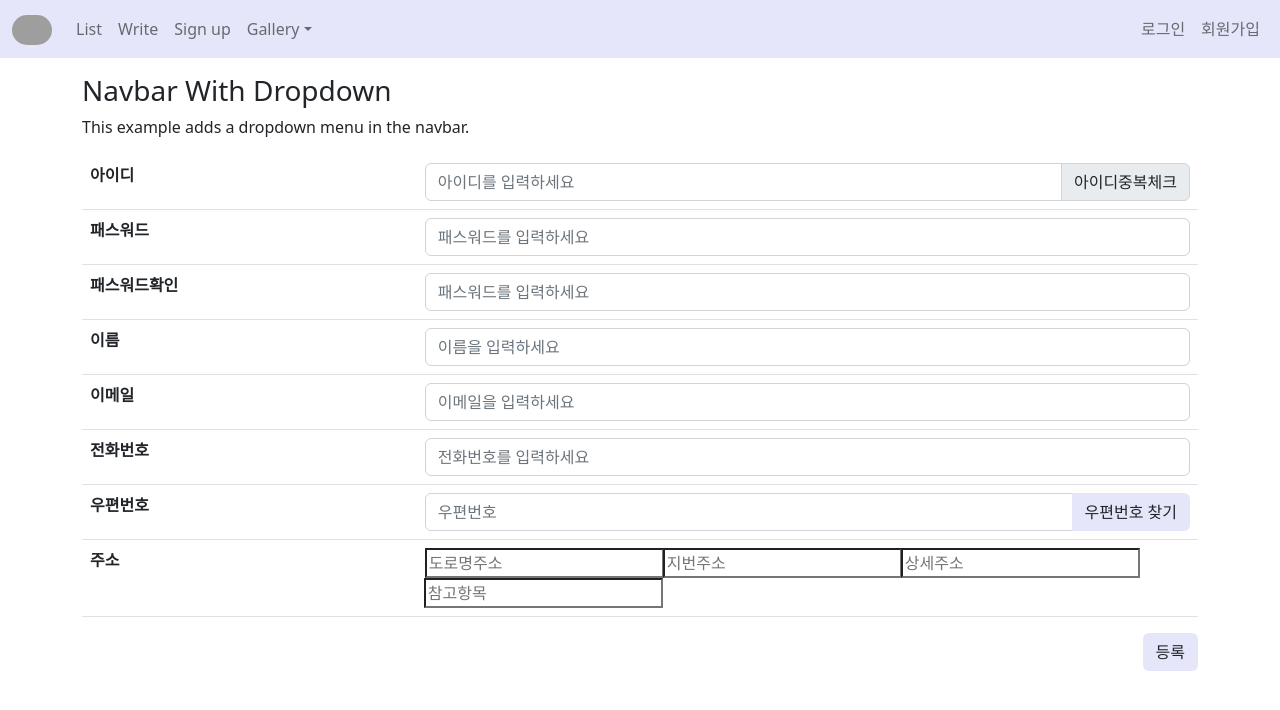
Repository: kwakhimoly/ws_backup
Page: http://localhost/myapp3/WEB-INF/views/member/member_write.jsp
An editor plug-in stored every save of this project. The page is shown before and after the next save, followed by the edit.
The browser window is 1280 px wide. The pictures show the whole page.
Pictures or frames that could not be fetched are drawn as grey boxes. The page is served by Tomcat 9. Nobody is signed in. Other server files are loaded and not shown. The template is opened directly, without the code that normally fills it, so the values that code supplies are empty.

Above is the page before, as saved 2023-02-13 06:23:00.

### spws/myapp3/src/main/webapp/WEB-INF/views/member/member_write.jsp
<%@ page language="java" contentType="text/html; charset=UTF-8"
	pageEncoding="UTF-8"%>
<!DOCTYPE html>
<html>
<head>
<meta charset="UTF-8">
<title>Insert title here</title>
<meta name="viewport" content="width=device-width, initial-scale=1">
<link
	href="https://cdn.jsdelivr.net/npm/bootstrap@5.2.3/dist/css/bootstrap.min.css"
	rel="stylesheet">
<script src="https://cdn.jsdelivr.net/npm/bootstrap@5.2.3/dist/js/bootstrap.bundle.min.js"></script>
<script src="https://ajax.googleapis.com/ajax/libs/jquery/3.6.1/jquery.min.js"></script>
<script src="//t1.daumcdn.net/mapjsapi/bundle/postcode/prod/postcode.v2.js"></script>
</head>
<body>
	<form name="myform" id="myform">
		<input type="hidden" name="idcheck" id="idcheck" value="N">
		<!-- 메뉴 -->
		<%@ include file="../include/navbar.jsp"%>



		<div class="container mt-3">
			<h3>Navbar With Dropdown</h3>
			<p>This example adds a dropdown menu in the navbar.</p>


			<table class="table">
				<colgroup>
					<col width="30%">
					<col width="*">
				</colgroup>
				<tbody>
					<tr>
						<th>아이디</th>
						<td>
							<div class="input-group">
								<input type="text" class="form-control" placeholder="아이디를 입력하세요"
									name="user_id" id="user_id"> <button type="button"
									class="input-group-text" onclick="goIdcheck()">아이디중복체크</button>
							</div>
						</td>
					</tr>
					<tr>
						<th>패스워드</th>
						<td>
							<div class="input-group">
								<input type="password" class="form-control"
									placeholder="패스워드를 입력하세요" name="password" id="password">
							</div>
						</td>
					</tr>
					<tr>
						<th>패스워드확인</th>
						<td>
							<div class="input-group">
								<input type="password" class="form-control"
									placeholder="패스워드를 입력하세요" name="password2" id="password2">
							</div>
						</td>
					</tr>
					<tr>
						<th>이름</th>
						<td>
							<div class="input-group">
								<input type="text" class="form-control" placeholder="이름을 입력하세요"
									name="user_name" id="user_name">
							</div>
						</td>
					</tr>
					<tr>
						<th>이메일</th>
						<td>
							<div class="input-group">
								<input type="email" class="form-control" placeholder="이메일을 입력하세요"
									name="email" id="email">
							</div>
						</td>
					</tr>
					<tr>
						<th>전화번호</th>
						<td>
							<div class="input-group">
								<input type="tel" class="form-control" placeholder="전화번호를 입력하세요"
									name="phone" id="phone">
							</div>
						</td>
					</tr>
					<tr>
						<th>우편번호</th>
						<td>
					<div class="input-group">
						<input type="text" class="form-control" id="sample4_postcode" placeholder="우편번호">
						<input type="button" class="btn" style="background-color: lavender" onclick="sample4_execDaumPostcode()" value="우편번호 찾기">
					</div>
						</td>
					</tr>

					<tr>
						<th>주소</th>
						<td>
					<div class="input-group">
						<input type="text" id="sample4_roadAddress" placeholder="도로명주소">
						<input type="text" id="sample4_jibunAddress" placeholder="지번주소">
						<span id="guide" style="color:#999;display:none"></span>
						<input type="text" id="sample4_detailAddress" placeholder="상세주소">
						<input type="text" id="sample4_extraAddress" placeholder="참고항목">
					</div>
						</td>
					</tr>
				</tbody>
			</table>
		</div>

		</div>

		<div class="container" style="text-align: right">
			<button type="button" class="btn" style="background-color: lavender" onclick="goSave()">등록</button>
		</div>
	</form>
</body>


<script>
    //본 예제에서는 도로명 주소 표기 방식에 대한 법령에 따라, 내려오는 데이터를 조합하여 올바른 주소를 구성하는 방법을 설명합니다.
    function sample4_execDaumPostcode() {
        new daum.Postcode({
            oncomplete: function(data) {
                // 팝업에서 검색결과 항목을 클릭했을때 실행할 코드를 작성하는 부분.

                // 도로명 주소의 노출 규칙에 따라 주소를 표시한다.
                // 내려오는 변수가 값이 없는 경우엔 공백('')값을 가지므로, 이를 참고하여 분기 한다.
                var roadAddr = data.roadAddress; // 도로명 주소 변수
                var extraRoadAddr = ''; // 참고 항목 변수

                // 법정동명이 있을 경우 추가한다. (법정리는 제외)
                // 법정동의 경우 마지막 문자가 "동/로/가"로 끝난다.
                if(data.bname !== '' && /[동|로|가]$/g.test(data.bname)){
                    extraRoadAddr += data.bname;
                }
                // 건물명이 있고, 공동주택일 경우 추가한다.
                if(data.buildingName !== '' && data.apartment === 'Y'){
                   extraRoadAddr += (extraRoadAddr !== '' ? ', ' + data.buildingName : data.buildingName);
                }
                // 표시할 참고항목이 있을 경우, 괄호까지 추가한 최종 문자열을 만든다.
                if(extraRoadAddr !== ''){
                    extraRoadAddr = ' (' + extraRoadAddr + ')';
                }

                // 우편번호와 주소 정보를 해당 필드에 넣는다.
                document.getElementById('sample4_postcode').value = data.zonecode;
                document.getElementById("sample4_roadAddress").value = roadAddr;
                document.getElementById("sample4_jibunAddress").value = data.jibunAddress;

                // 참고항목 문자열이 있을 경우 해당 필드에 넣는다.
                if(roadAddr !== ''){
                    document.getElementById("sample4_extraAddress").value = extraRoadAddr;
                } else {
                    document.getElementById("sample4_extraAddress").value = '';
                }

                var guideTextBox = document.getElementById("guide");
                // 사용자가 '선택 안함'을 클릭한 경우, 예상 주소라는 표시를 해준다.
                if(data.autoRoadAddress) {
                    var expRoadAddr = data.autoRoadAddress + extraRoadAddr;
                    guideTextBox.innerHTML = '(예상 도로명 주소 : ' + expRoadAddr + ')';
                    guideTextBox.style.display = 'block';

                } else if(data.autoJibunAddress) {
                    var expJibunAddr = data.autoJibunAddress;
                    guideTextBox.innerHTML = '(예상 지번 주소 : ' + expJibunAddr + ')';
                    guideTextBox.style.display = 'block';
                } else {
                    guideTextBox.innerHTML = '';
                    guideTextBox.style.display = 'none';
                }
            }
        }).open();
    }

function goSave() {
	if($("#idcheck").val()=="N"){
		alert("아이디 중복체크를 하세요");
		$("#user_id").focus();
		return;
	}
	var frm = document.myform;
	frm.action="<%=request.getContextPath()%>/member/save";
//	$("#user_id").prop("disabled", false);
//		-> disabled 쓰고 싶은데 폼 전송으로 값 전달도 해야 하면 submit 전에 disabled 해제
	frm.submit();
}
function goIdcheck(){
	let user_id = $("#user_id").val().trim();

	if(user_id==""){
		alert("아이디를 입력하세요");
		$("#user_id").focus();
		return;
	}

	$.ajax({
		url:"<%=request.getContextPath()%>/member/idcheck",
		data: {"user_id":user_id},
		method: "POST",
		dataType: "JSON"
	})
	.done(function (response){
		if(response.result=="success"){
			$("#idcheck").val("Y");
			$("#user_id").prop("readonly", true);
			/*
			prop("disabled",true)로 하면 파라미터 값이 안 넘어감
			readonly : input type="text" 에만 가능. 사용자는 value 값을 변경할 수 없음.
			disabled : 모든 input 객체에 대하여 비활성화 처리 가능. Form 전송시 해당 객체는 전송이 안됨.
			*/
			alert("사용가능한 아이디입니다.");
		} else{
			alert("이미 사용중인 아이디입니다.");
		}
	})
	.fail(function (response, status, error){
		console.log(error);
	});
}
</script>
</html>

### spws/myapp3/src/main/webapp/WEB-INF/views/include/navbar.jsp
<%@ page language="java" contentType="text/html; charset=UTF-8"
	pageEncoding="UTF-8"%>
<!-- 메뉴 -->
<meta charset="UTF-8">
<!-- 한글 깨짐 방지 -->
<%
// 공통변수 CONTEXT 만들어 놓고 갖다 쓰기
String CONTEXT = request.getContextPath();
%>


<nav class="navbar navbar-expand-sm navbar-light" style="background-color: lavender">
	<div class="container-fluid">
		<a class="navbar-brand" href="<%=CONTEXT%>"> <img
			src="https://imjustcreative.com/wp-content/uploads/2015/11/Screenshot-2019-11-23-17.32.44.jpg" alt="Avatar Logo"
			style="width: 40px;" class="rounded-pill">
		</a>

		<button class="navbar-toggler" type="button" data-bs-toggle="collapse"
			data-bs-target="#collapsibleNavbar">
			<span class="navbar-toggler-icon"></span>
		</button>
		<div class="collapse navbar-collapse" id="collapsibleNavbar">
			<ul class="navbar-nav">
				<li class="nav-item"><a class="nav-link"
					href="<%=CONTEXT%>/board/list?pg=0">List</a></li>
				<li class="nav-item"><a class="nav-link"
					href="<%=CONTEXT%>/board/write">Write</a></li>
				<li class="nav-item"><a class="nav-link"
					href="<%=CONTEXT%>/member/write">Sign up</a></li>
				<li class="nav-item dropdown"><a
					class="nav-link dropdown-toggle" href="#" role="button"
					data-bs-toggle="dropdown">Gallery</a>
					<ul class="dropdown-menu">
						<li><a class="dropdown-item" href="<%=CONTEXT%>/gallery/list">Gallery list</a></li>
						<li><a class="dropdown-item" href="<%=CONTEXT%>/gallery/write">Gallery write</a></li>
						<li><a class="dropdown-item" href="#">A third link</a></li>
					</ul></li>
			</ul>
		</div>
		<%if(session.getAttribute("user_id")==null||session.getAttribute("user_id").equals("")) {%>
			<ul class="navbar-nav justify-content-end">
				<li class="nav-item">
				<a class="nav-link" href="<%=CONTEXT%>/member/login">로그인</a>
				</li>
				<li class="nav-item">
				<a class="nav-link" href="<%=CONTEXT%>/member/write">회원가입</a>
				</li>
			</ul>
		<%} else {%>
			<ul class="navbar-nav justify-content-end">
				<li class="nav-item">
				<a class="nav-link" href="#none"><%=session.getAttribute("user_name") %></a>
				</li>
				<li class="nav-item">
				<a class="nav-link" href="#none" onclick="goLogout()">로그아웃</a>
				</li>
			</ul>
		<%} %>
	</div>
</nav>
<script type="text/javascript">
function goLogout() {
	$.ajax({
		url:"<%=request.getContextPath()%>/member/logout",
		method:"POST",
		dataType:"JSON"
	})
	.done(function (response){
		alert(response.message);
		if(response.result=="success"){
			location.href="<%=request.getContextPath()%>/";
		}
	})
	.fail((response, status, error)=>{
		console.log(error);
	});
}

</script>

After the next save:
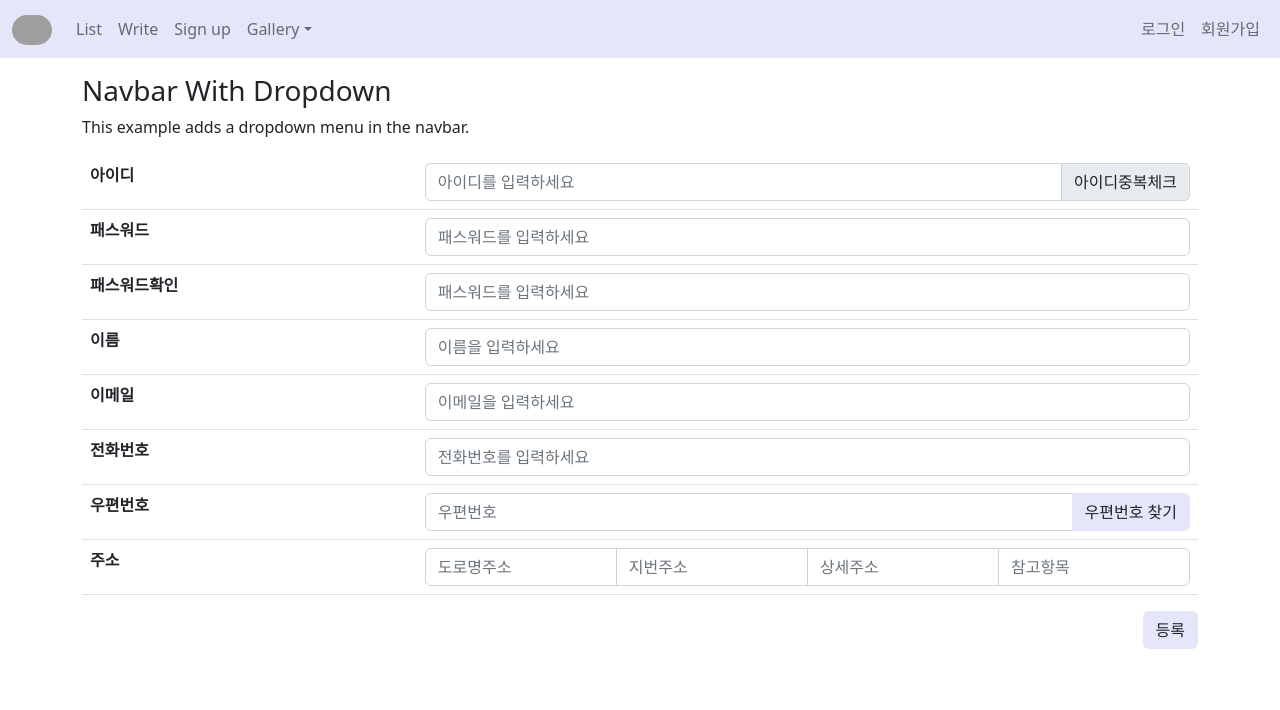
Saved 18 s later.
--- a/spws/myapp3/src/main/webapp/WEB-INF/views/member/member_write.jsp
+++ b/spws/myapp3/src/main/webapp/WEB-INF/views/member/member_write.jsp
@@ -101,11 +101,11 @@
 						<th>주소</th>
 						<td>
 					<div class="input-group">
-						<input type="text" id="sample4_roadAddress" placeholder="도로명주소">
-						<input type="text" id="sample4_jibunAddress" placeholder="지번주소">
+						<input type="text" class="form-control" id="sample4_roadAddress" placeholder="도로명주소">
+						<input type="text" class="form-control" id="sample4_jibunAddress" placeholder="지번주소">
 						<span id="guide" style="color:#999;display:none"></span>
-						<input type="text" id="sample4_detailAddress" placeholder="상세주소">
-						<input type="text" id="sample4_extraAddress" placeholder="참고항목">
+						<input type="text" class="form-control" id="sample4_detailAddress" placeholder="상세주소">
+						<input type="text" class="form-control" id="sample4_extraAddress" placeholder="참고항목">
 					</div>
 						</td>
 					</tr>
